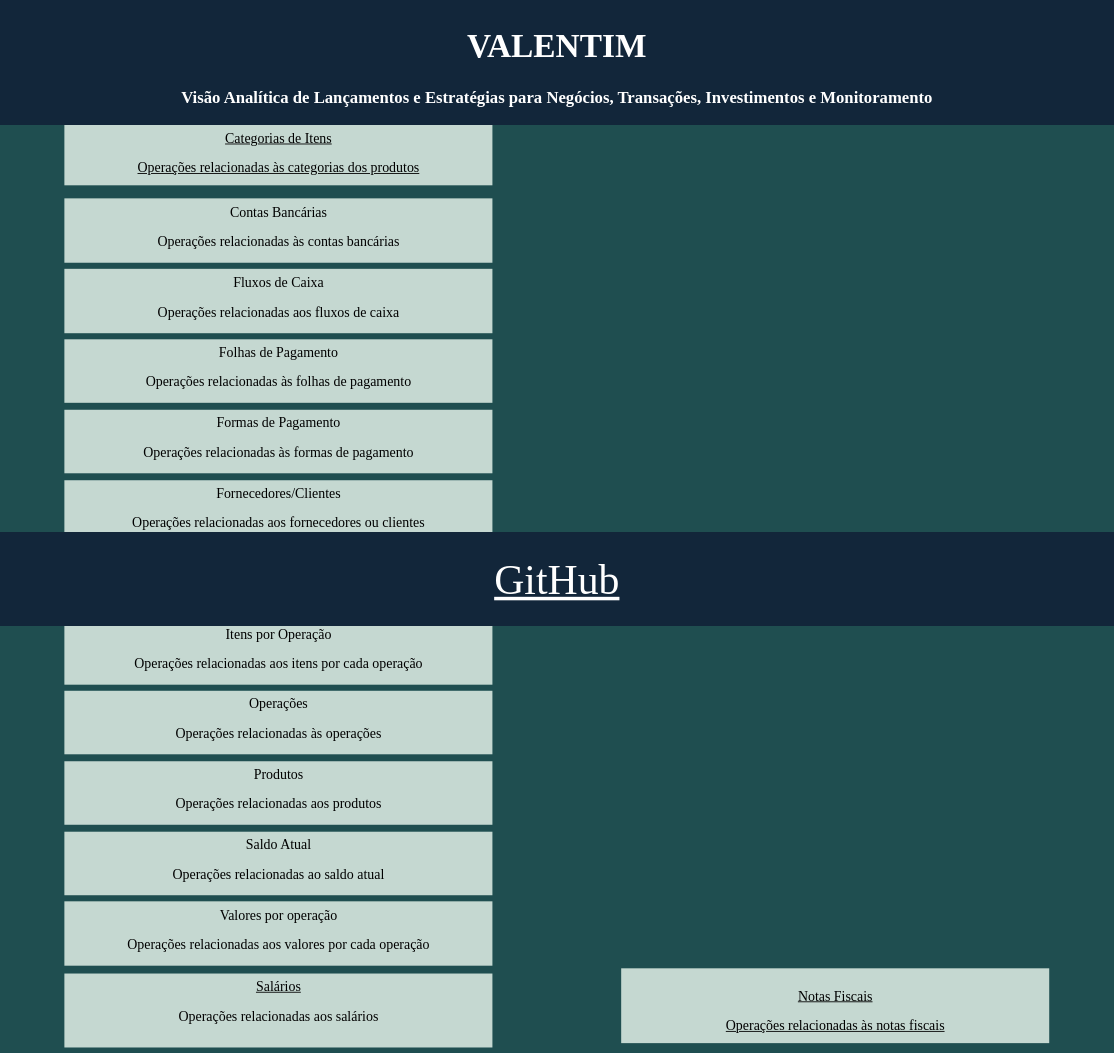
Repository: Matheus-Lacerda009/ERP-Financeiro
Page: Front/menu/menu.html
The author's editor kept a copy of each file at every save. The page is drawn from the files as they stood at one save, then again after a run of saves.
The browser window is 1280 px wide. The pictures show the whole page, at 87% of full size.

Above is the page before, as saved 2026-07-13 19:14:07.

After the next 7 saves:
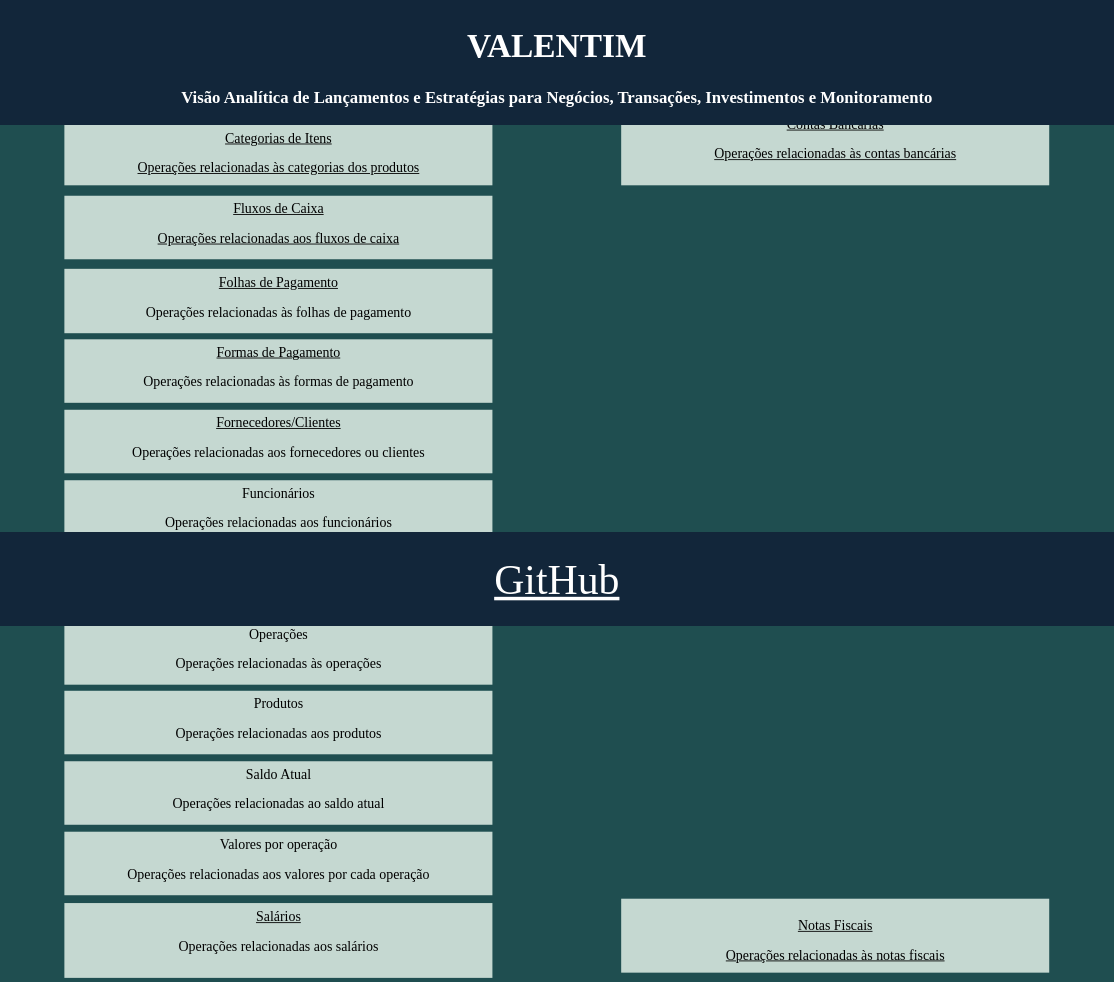
The 7 saves are shown as one change because they came seconds apart.
The last was saved 15 s later.
--- a/Front/menu/menu.html
+++ b/Front/menu/menu.html
@@ -20,31 +20,31 @@
                     <p>Operações relacionadas às categorias dos produtos</p>
                 </div>
             </a>
-            <a href="../conta_bancaria/conta_bancaria.html" class="links"></a>
+            <a href="../conta_bancaria/conta_bancaria.html" class="links">
             <div class="divEntidades">
-                Contas Bancárias</a>
+                Contas Bancárias
                 <p>Operações relacionadas às contas bancárias</p>
             </div>
             </a>
-            <a href="../fluxo_caixa/fluxo_caixa.html" class="links"></a>
+            <a href="../fluxo_caixa/fluxo_caixa.html" class="links">
             <div class="divEntidades">
-                Fluxos de Caixa</a>
+                Fluxos de Caixa
                 <p>Operações relacionadas aos fluxos de caixa</p>
             </div>
             </a>
-            <a href="../folha_pagamento/folha_pagamento.html" class="links"></a>
+            <a href="../folha_pagamento/folha_pagamento.html" class="links">
             <div class="divEntidades">
                 Folhas de Pagamento</a>
                 <p>Operações relacionadas às folhas de pagamento</p>
             </div>
             </a>
-            <a href="../forma_pagamento/forma_pagamento.html" class="links"></a>
+            <a href="../forma_pagamento/forma_pagamento.html" class="links">
             <div class="divEntidades">
                 Formas de Pagamento</a>
                 <p>Operações relacionadas às formas de pagamento</p>
             </div>
             </a>
-            <a href="../fornecedor_cliente/fornecedor_cliente.html" class="links"></a>
+            <a href="../fornecedor_cliente/fornecedor_cliente.html" class="links">
             <div class="divEntidades">
                 Fornecedores/Clientes</a>
                 <p>Operações relacionadas aos fornecedores ou clientes</p>
